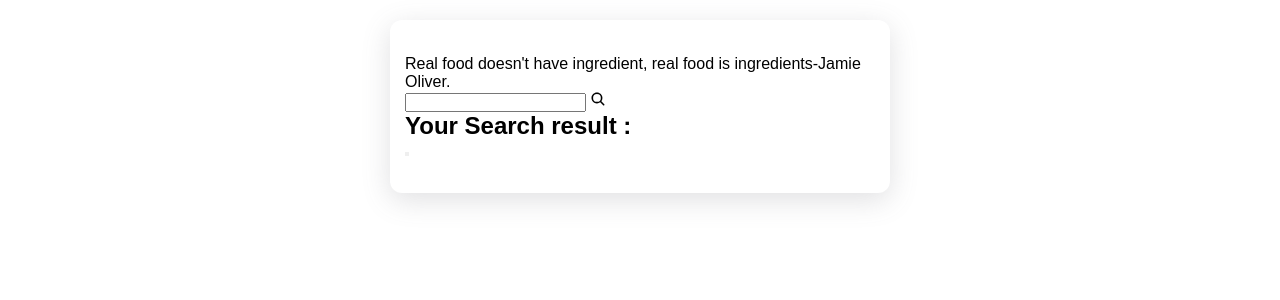
Repository: andrewhuynh561/javascipt
Page: Day 1/index.html
The author's editor kept a copy of each file at every save. The page is drawn from the files as they stood at one save, then again after the next save.
The browser window is 1280 px wide. The pictures show the whole page.

Above is the page before, as saved 2023-05-17 21:42:20.

### Day 1/index.html
<!DOCTYPE html>
<html lang="en">
<head>
    <meta charset="UTF-8">
    <meta http-equiv="X-UA-Compatible" content="IE=edge">
    <meta name="viewport" content="width=device-width, initial-scale=1.0">
    <title>Find Meal For Your Ingredient</title>
    <link rel="stylesheet" href="style.css">
    <link rel="preconnect" href="https://fonts.googleapis.com">
    <link rel="preconnect" href="https://fonts.gstatic.com" crossorigin>
    <script type="module" src="https://unpkg.com/ionicons@7.1.0/dist/ionicons/ionicons.esm.js"></script>
    <script nomodule src="https://unpkg.com/ionicons@7.1.0/dist/ionicons/ionicons.js"></script>
    <link href="https://fonts.googleapis.com/css2?family=Rubik:ital,wght@0,300;0,500;0,600;1,300&display=swap" rel="stylesheet">
</head>
<body>
    <div class="container">
        <div class="meal-wrapper">
            <p>Real food doesn't have ingredient, real food is ingredients-Jamie Oliver.</p>
            <div class="search-bar">
                <input type="search" class="search">
                <ion-icon name="search"></ion-icon>
            </div>
        </div>
        <div class="meal-result">
            <h2 class="title">Your Search result :</h2>
            <div class="meal" id="meal">
                <!-- meal item -->
          <!-- <div class = "meal-item">
            <div class = "meal-img">
              <img src = "food.jpg" alt = "food">
            </div>
            <div class = "meal-name">
              <h3>Potato Chips</h3>
              <a href = "#" class = "recipe-btn">Get Recipe</a>
            </div>
          </div> -->
          <!-- end of meal item -->
            </div>
            <div class="meal-detail" id="meal-detail">
                <button class="btn ">

                </button>

                <div class="meal-content">
                    <!-- <h2 class = "recipe-title">Meals Name Here</h2>
          <p class = "recipe-category">Category Name</p>
          <div class = "recipe-instruct">
            <h3>Instructions:</h3>
            <p>Lorem ipsum, dolor sit amet consectetur adipisicing elit. Quo blanditiis quis accusantium natus! Porro, reiciendis maiores molestiae distinctio veniam ratione ex provident ipsa, soluta suscipit quam eos velit autem iste!</p>
            <p>Lorem ipsum dolor sit amet consectetur adipisicing elit. Amet aliquam voluptatibus ad obcaecati magnam, esse numquam nisi ut adipisci in?</p>
          </div>
          <div class = "recipe-meal-img">
            <img src = "food.jpg" alt = "">
          </div>
          <div class = "recipe-link">
            <a href = "#" target = "_blank">Watch Video</a>
          </div> -->
                </div>
            </div>
        </div>
    </div>

<script src="app.js"></script>
</body>
</html>

### Day 1/style.css
*{
    margin: 0;
    padding: 0;
    box-sizing: border-box;
}
body {
    font-family: "Poppins", sans-serif;
    padding: 20px;
  }
:root{
    --tenne-tawny: #d65108;
    --tenne-tawny-dark: #b54507;
}
.container{
    max-width: 500px;
    margin: 0 auto;
    border-radius: 12px;
    box-shadow: rgba(100, 100, 111, 0.2) 0px 7px 29px 0px;
    padding: 35px 15px 35px;

}

Loaded but not shown: Day 1/app.js (no copy from this time; the picture is the same without it)

After the next save:
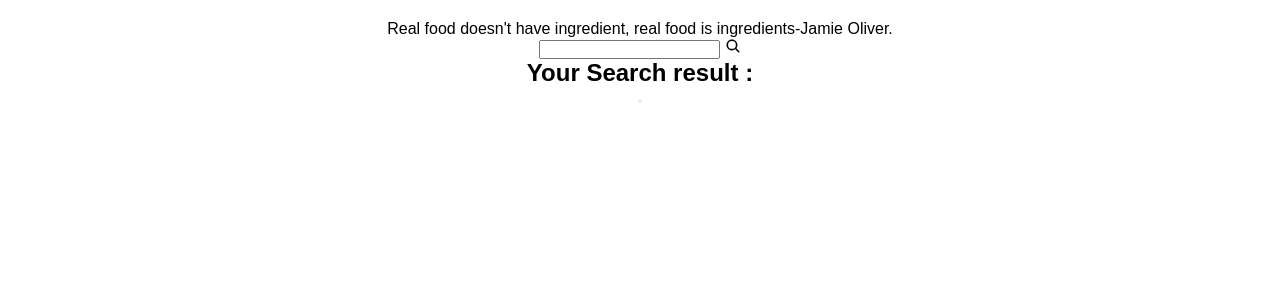
Saved 50 s later.
--- a/Day 1/style.css
+++ b/Day 1/style.css
@@ -12,10 +12,9 @@ body {
     --tenne-tawny-dark: #b54507;
 }
 .container{
-    max-width: 500px;
+    max-width: 1200px;
     margin: 0 auto;
-    border-radius: 12px;
-    box-shadow: rgba(100, 100, 111, 0.2) 0px 7px 29px 0px;
-    padding: 35px 15px 35px;
+    text-align: center;
+
 
 }
